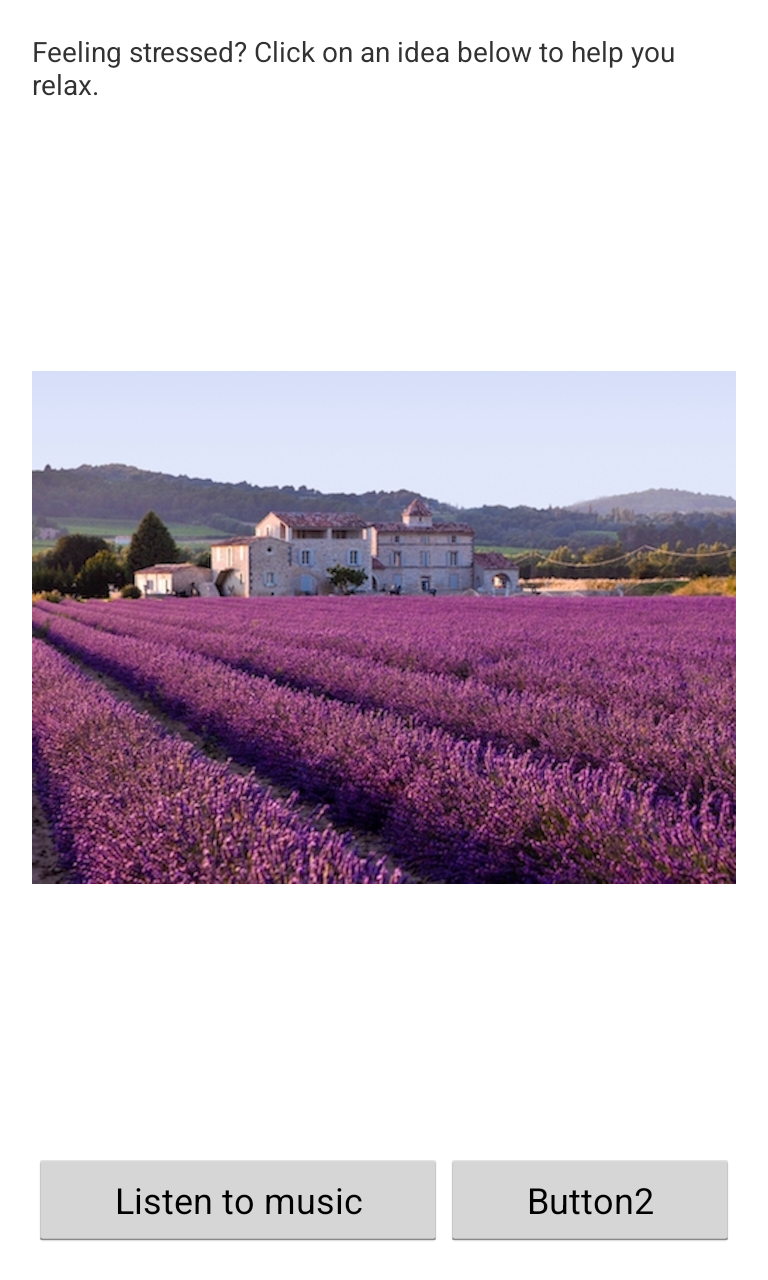
Repository: LSummers33/Apps101
Layout: Self-Care/res/layout/activity_main.xml
These files come from the project's save history. The layout is drawn as it stood at one moment and after the next save; the edit follows.
It is drawn on a 768 x 1280 px phone screen (xhdpi) without system bars, with theme AppTheme; the app's code is not run.

Above is the layout before, as saved 2014-01-26 21:17:45.

After the next save:
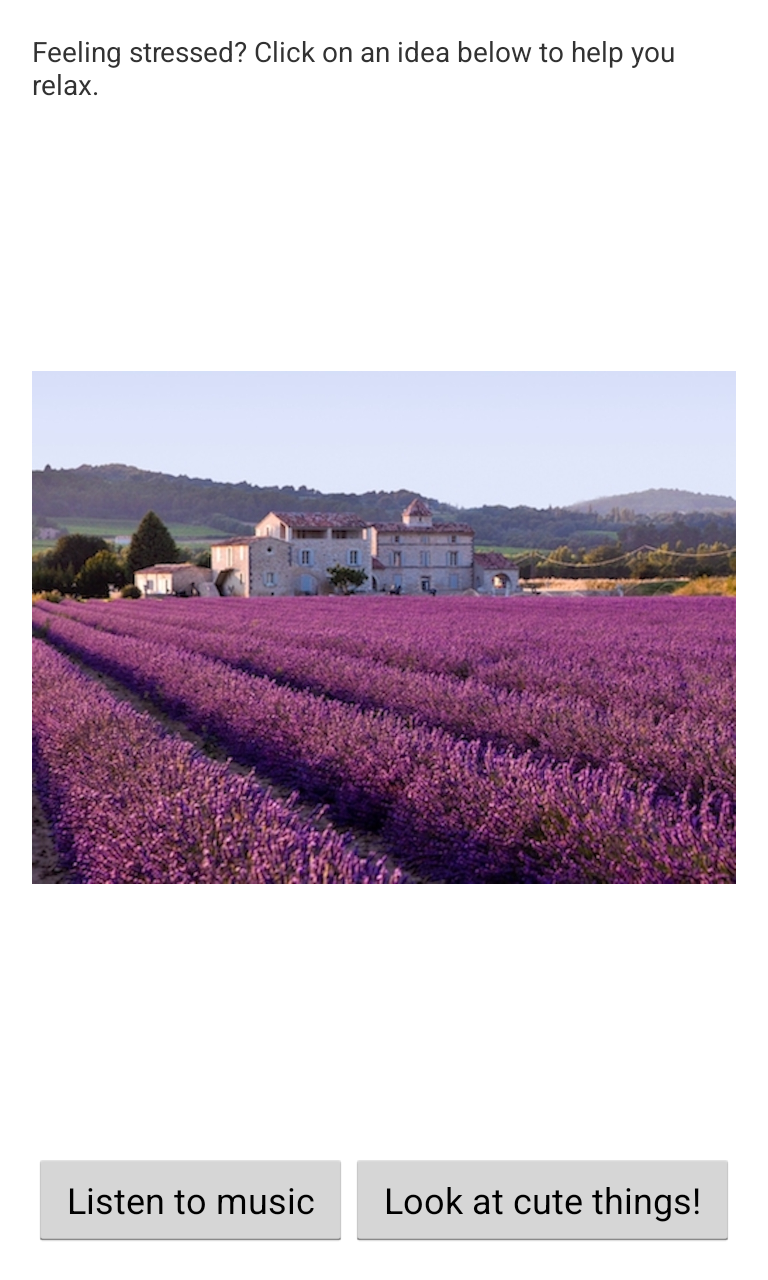
Saved 4 min 23 s later.
--- a/Self-Care/res/values/strings.xml
+++ b/Self-Care/res/values/strings.xml
@@ -6,7 +6,7 @@
     <string name="hello_world">Feeling stressed? Click on an idea
         below to help you relax.</string>
     <string name="button1">Listen to music</string>
-    <string name="button2">Button2</string>
+    <string name="button2">Look at cute things!</string>
     <string name="title_activity_music">MusicActivity</string>
     <string name="image">Smell the soothing scent of lavender while you
         relax and listen to the music.</string>
